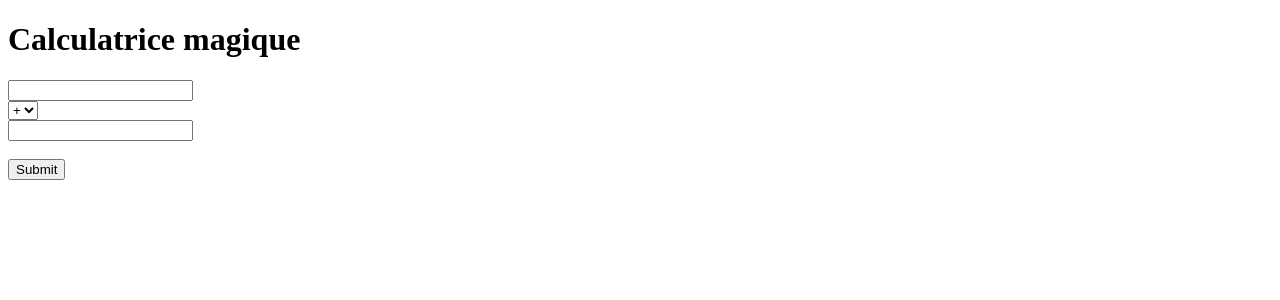
Repository: Kahefsay/javaEE
Page: http://localhost/RiquartDamian/
An editor plug-in stored every save of this project. The page is shown before and after the next save, followed by the edit.
The browser window is 1280 px wide. The pictures show the whole page.
The page is served by Tomcat 9.

Above is the page before, as saved 2018-01-31 11:13:32.

After the next save:
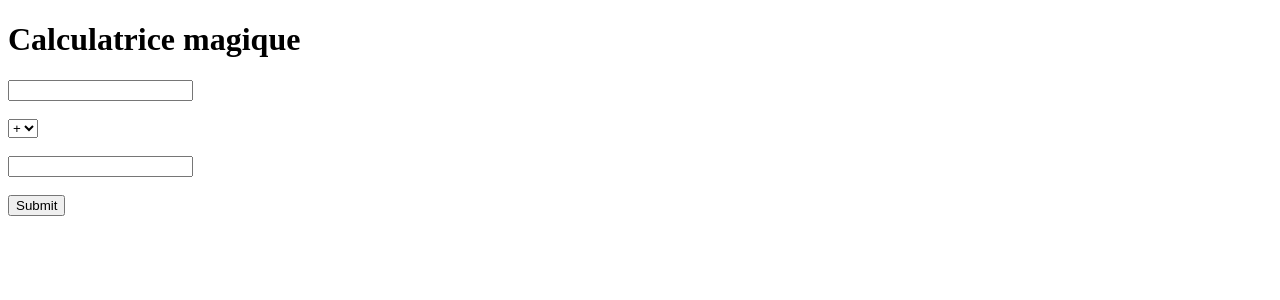
Saved 76 s later.
--- a/RiquartDamian/WebContent/index.jsp
+++ b/RiquartDamian/WebContent/index.jsp
@@ -12,13 +12,13 @@
 
 <form method="post" action="calculatrice">
   <input type="text" name="nbre1">
-  <br>
+  <br><br>
   <select>
   	<option value="plus">+</option>
   	<option value="moins">-</option>
   	<option value="multiplication">*</option>
   	<option value="division">/</option>
-  </select><br>
+  </select><br><br>
   <input type="text" name="nbre2">
   <br><br>
   <input type="submit" value="Submit">
